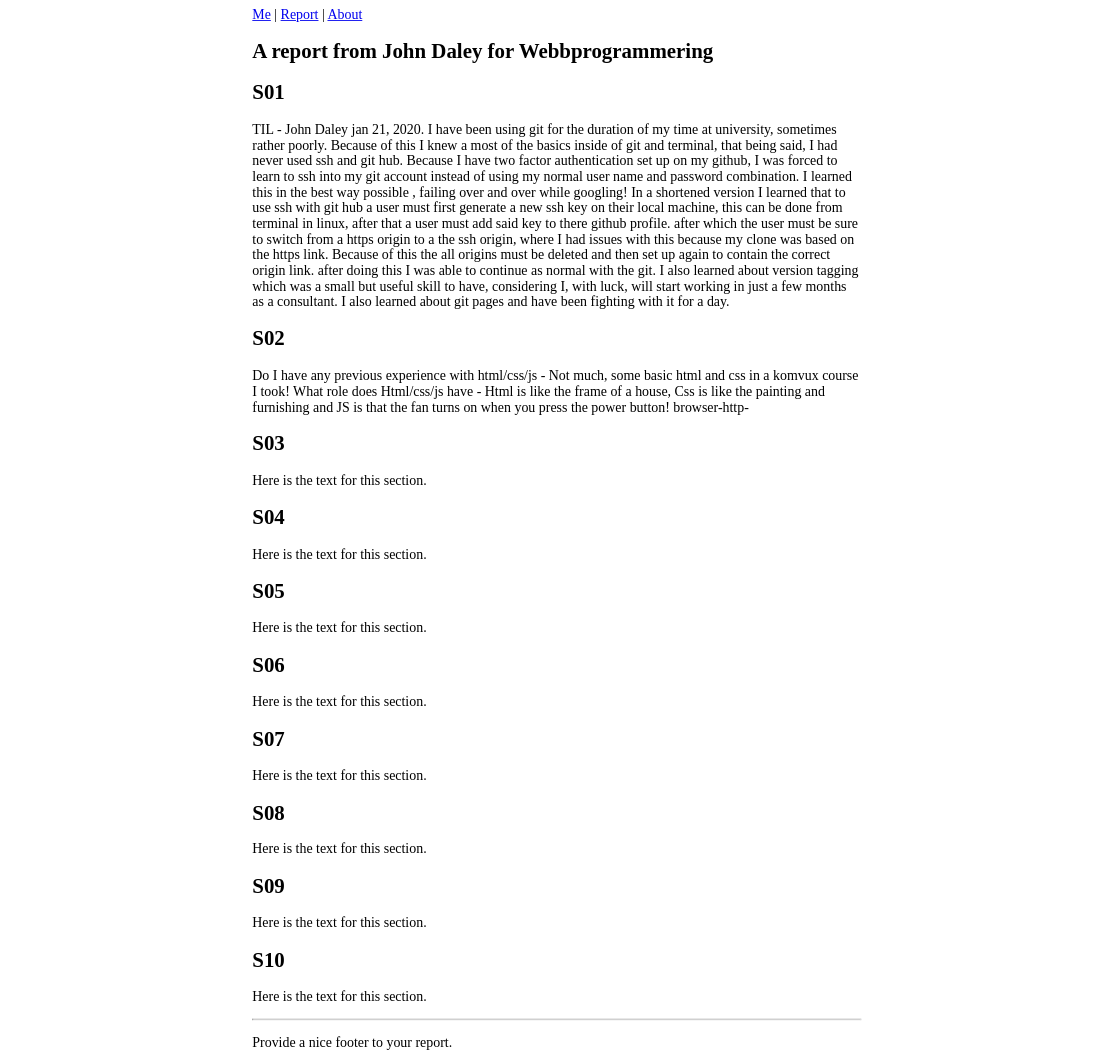
Repository: Webbprogrammering/websoft
Page: work/report/report.html
An editor plug-in stored every save of this project. The page is shown before and after a run of saves, followed by the edit.
The browser window is 1280 px wide. The pictures show the whole page, at 87% of full size.

Above is the page before, as saved 2020-03-21 17:31:19.

After the next 2 saves:
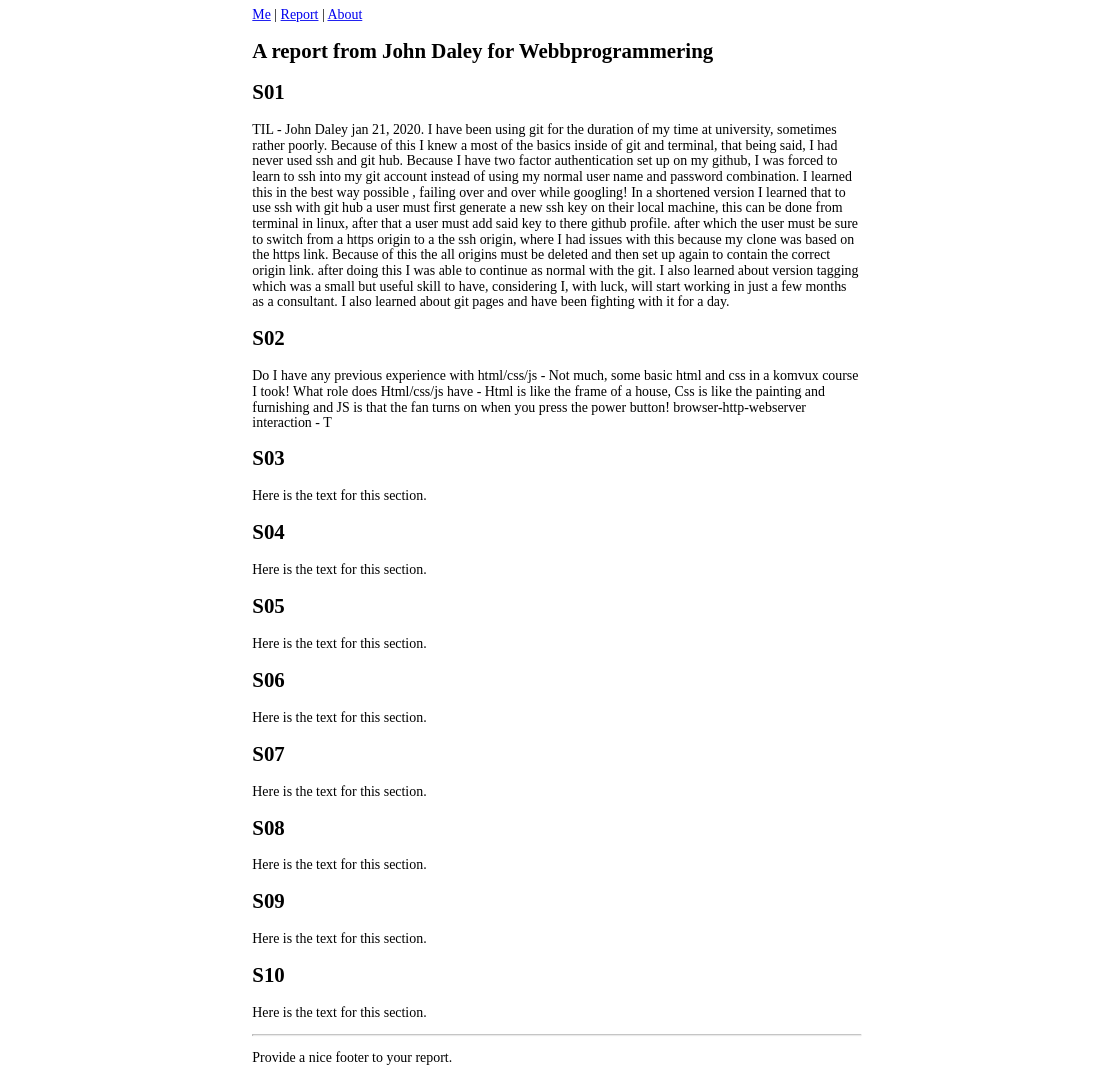
The 2 saves are shown as one change because they came seconds apart.
The last was saved 9 s later.
--- a/work/report/report.html
+++ b/work/report/report.html
@@ -49,7 +49,7 @@
 <h2>S02</h2>
 <p>Do I have any previous experience with html/css/js - Not much, some basic html and css in a komvux course I took!
    What role does Html/css/js have - Html is like the frame of a house, Css is like the painting and furnishing and JS is that the fan turns on when you press the power button!
-   browser-http-
+   browser-http-webserver interaction - T
 </p>
 </section>
 
